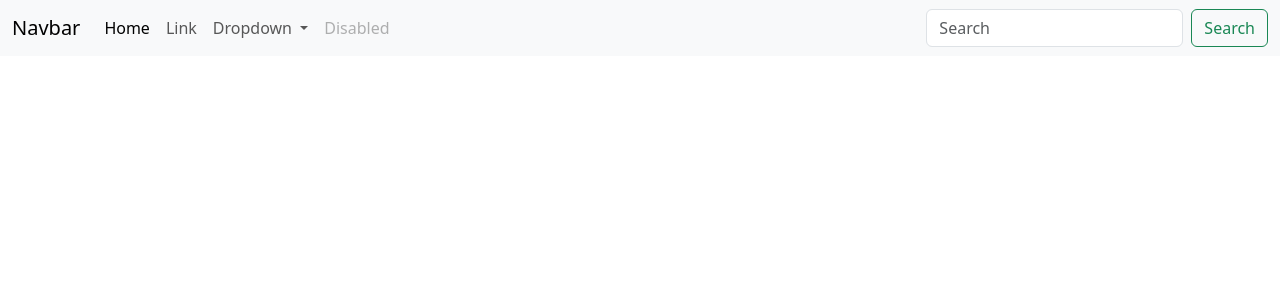
Repository: Timazoy/Site_ovni_tp
Page: index.html
These files come from the project's save history. The page is drawn as it stood at one moment and after the next save; the edit follows.
The browser window is 1280 px wide. The pictures show the whole page.

Above is the page before, as saved 2025-12-15 08:29:09.

After the next save:
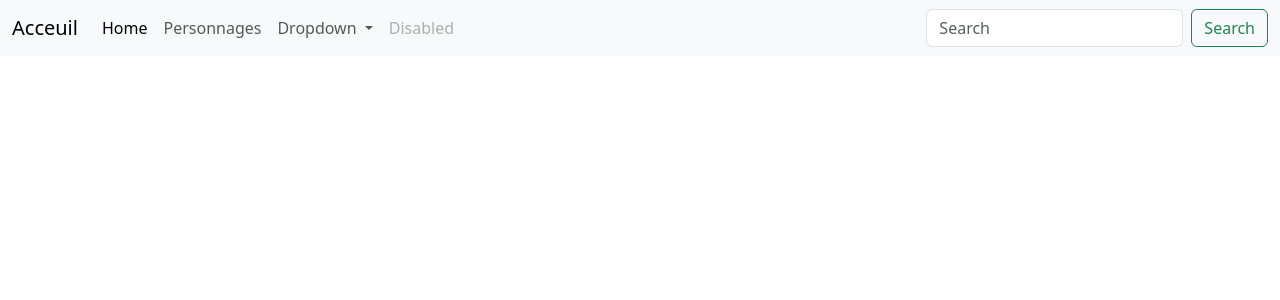
Saved 1 s later.
--- a/index.html
+++ b/index.html
@@ -14,7 +14,7 @@
 
     <nav class="navbar navbar-expand-lg bg-body-tertiary">
         <div class="container-fluid">
-            <a class="navbar-brand" href="#">Navbar</a>
+            <a class="navbar-brand" href="./index.html">Acceuil</a>
             <button class="navbar-toggler" type="button" data-bs-toggle="collapse"
                 data-bs-target="#navbarSupportedContent" aria-controls="navbarSupportedContent" aria-expanded="false"
                 aria-label="Toggle navigation">
@@ -26,7 +26,7 @@
                         <a class="nav-link active" aria-current="page" href="#">Home</a>
                     </li>
                     <li class="nav-item">
-                        <a class="nav-link" href="#">Link</a>
+                        <a class="nav-link" href="#">Personnages</a>
                     </li>
                     <li class="nav-item dropdown">
                         <a class="nav-link dropdown-toggle" href="#" role="button" data-bs-toggle="dropdown"
